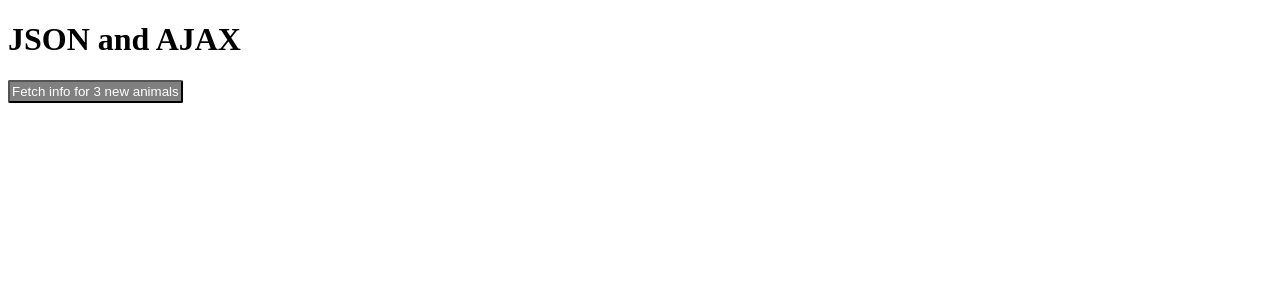
Repository: konstantin0s/JSON-and-Ajax
Page: index.html
The author's editor kept a copy of each file at every save. The page is drawn from the files as they stood at one save, then again after a run of saves.
The browser window is 1280 px wide. The pictures show the whole page.

Above is the page before, as saved 2018-12-28 21:46:24.

### index.html
<!DOCTYPE html>
<html lang="en">
<head>
  <meta charset="UTF-8">
  <meta name="viewport" content="width=device-width, initial-scale=1.0">
  <meta http-equiv="X-UA-Compatible" content="ie=edge">
  <link rel="stylesheet" href="css/styles.css">
  <title>JSON and AJAX</title>
</head>
<body>

  <header>
    <h1>JSON and AJAX</h1>
    <button id="btn">Fetch info for 3 new animals</button>
  </header>

<div id="animal-info"></div>
<script type="text/javascript" src="js/main.js"></script>

</body>
</html>

### css/styles.css
.hide-me {
  visibility: hidden;
}

#btn {
  border-radius: 2px;
  background-color: grey;
  color: white;
  padding: 2px;

}

### js/main.js
var pageCounter = 1;
var animalContainer = document.getElementById('animal-info');
var btn = document.getElementById('btn');
btn.addEventListener('click', function() {
  var ourRequest = new XMLHttpRequest();
  ourRequest.open('GET', 'https://learnwebcode.github.io/json-example/animals-' + pageCounter + '.json');
  ourRequest.onload = function() {
    var ourData = JSON.parse(ourRequest.responseText);
    renderHTML(ourData);
  };
  ourRequest.send();
  pageCounter++;
  if (pageCounter > 3) {
    btn.classList.add("hide-me");
  }
});

function renderHTML(data) {
  var htmlString = "";
  for (var i = 0; i < data.length; i++) {
    htmlString += "<p>" + data[i].name + " is a " + data[i].species + " that likes to eat ";
  for (var ii =0; ii < data[i].foods.likes.length; ii++) {
   if (ii == 0) {
    htmlString += data[i].foods.likes[ii];
   } else {
    htmlString += " and " + data[i].foods.likes[ii];
   }

  }
    htmlString += " and dislikes ";
    for (var ii =0; ii < data[i].foods.dislikes.length; ii++) {
      if (ii == 0) {
       htmlString += data[i].foods.dislikes[ii];
      } else {
       htmlString += " and " + data[i].foods.dislikes[ii];
      }

     }

  htmlString += ".</p>";
  }

    animalContainer.insertAdjacentHTML('beforeend', htmlString);
}

After the next 2 saves:
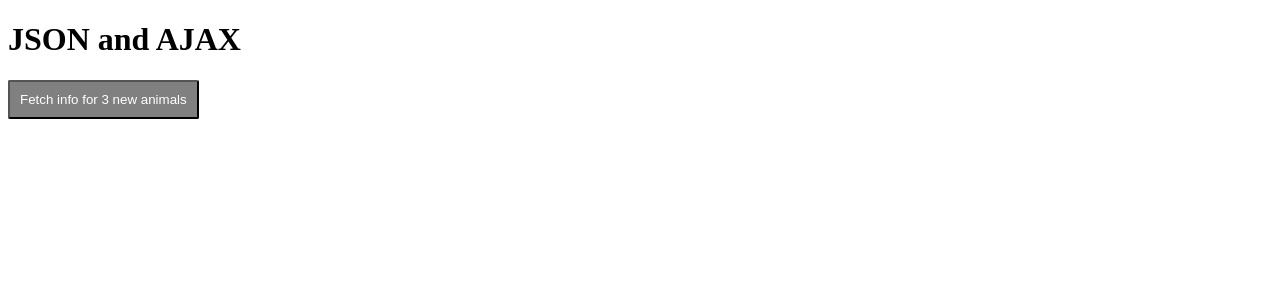
The 2 saves are shown as one change because they came seconds apart.
The last was saved 8 s later.
--- a/css/styles.css
+++ b/css/styles.css
@@ -6,6 +6,6 @@
   border-radius: 2px;
   background-color: grey;
   color: white;
-  padding: 2px;
+  padding: 10px;
 
 }
